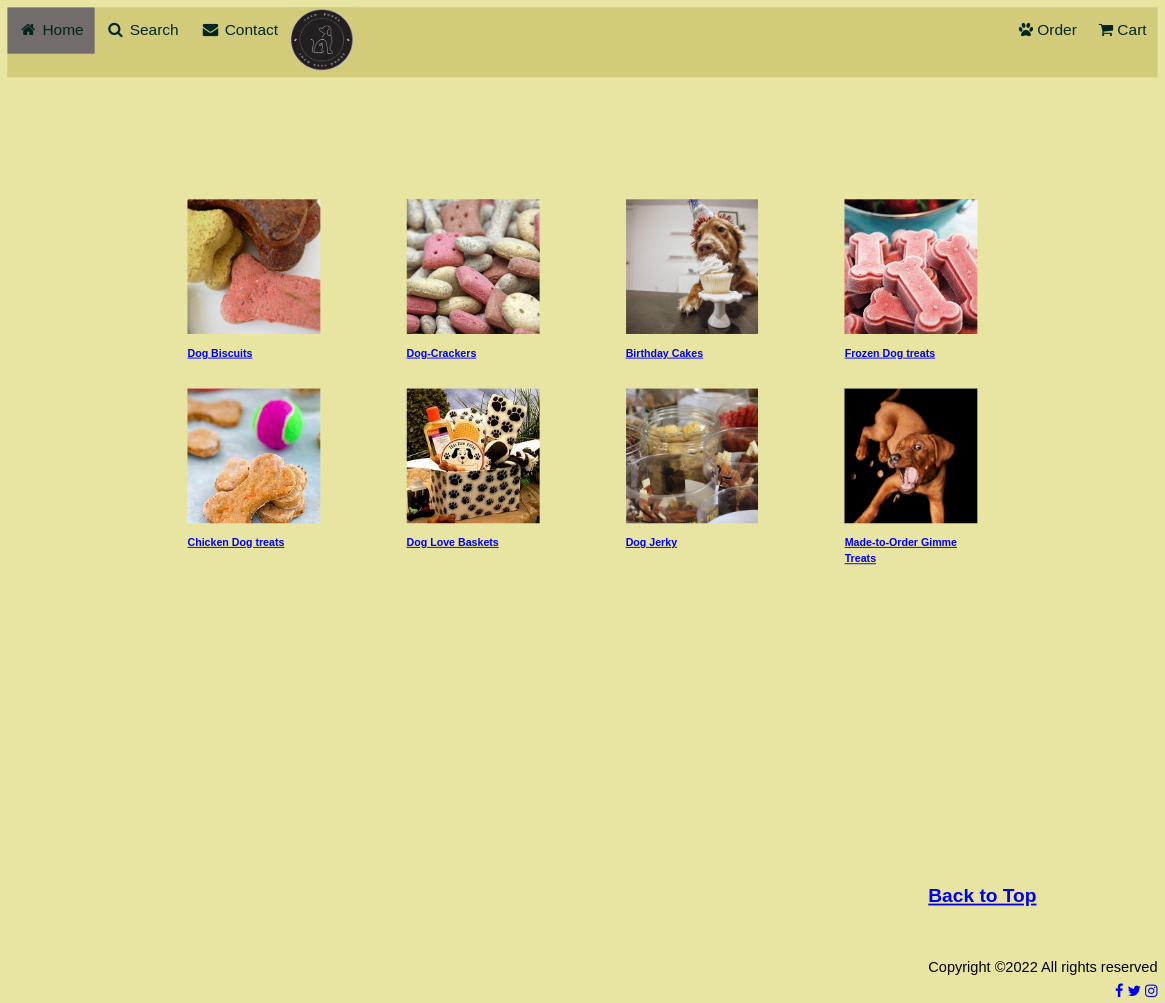
Repository: vgoins-RA2022/HTML-1
Page: index.html
These files come from the project's save history. The page is drawn as it stood at one moment and after a run of saves; the edit follows.
The browser window is 1280 px wide. The pictures show the whole page, at 91% of full size.

Above is the page before, as saved 2023-01-21 19:54:12.

After the next 2 saves:
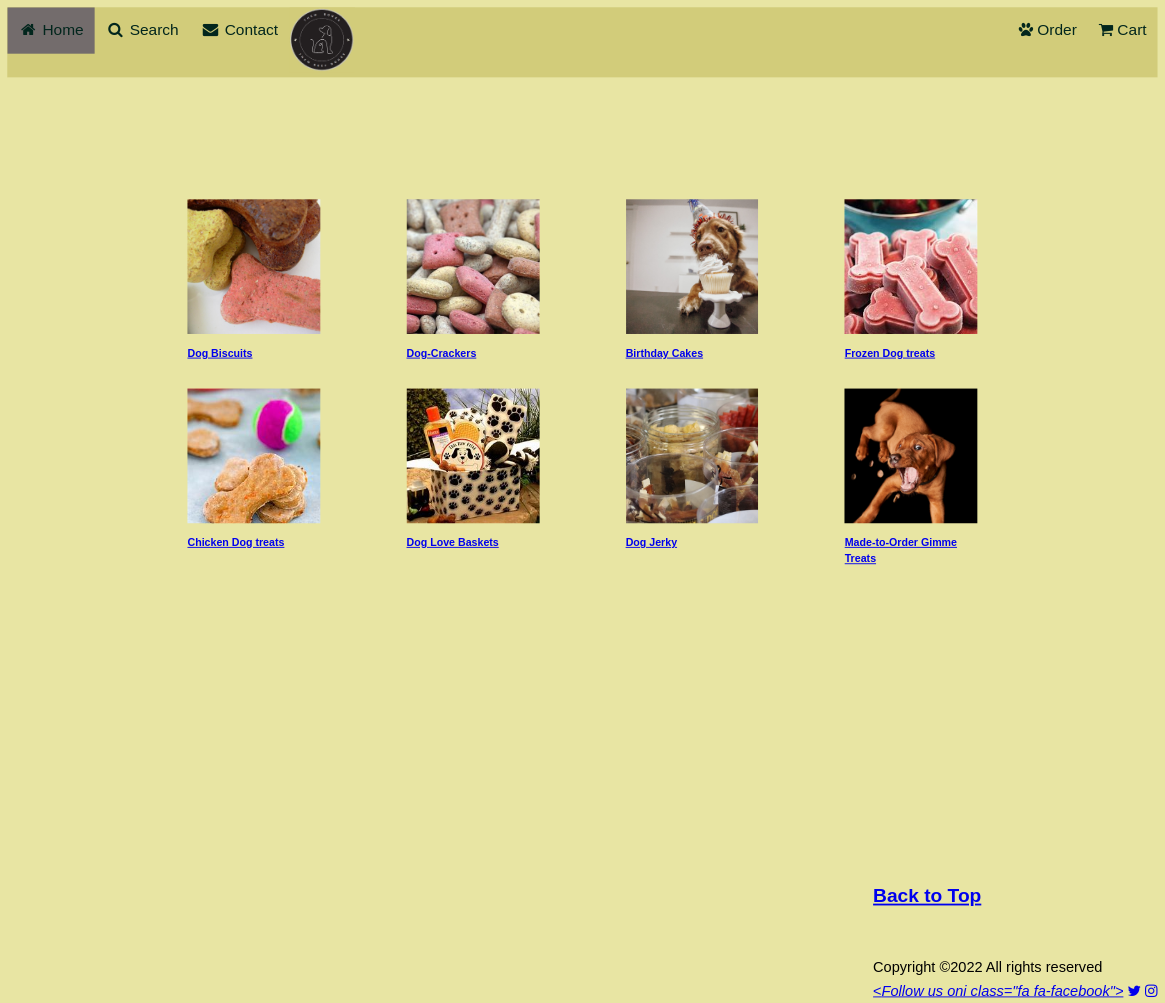
The 2 saves are shown as one change because they came seconds apart.
The last was saved 14 s later.
--- a/index.html
+++ b/index.html
@@ -95,7 +95,7 @@
       <div class="col-left">Copyright ©2022 All rights reserved</div>
       <div class="col-right">
 
-        <a href="#"><i class="fa fa-facebook"></i></a>
+        <a href="#"><<i>Follow us oni class="fa fa-facebook"></i></a>
         <a href="#"><i class="fa fa-twitter"></i></a>
         <a href="#"><i class="fa fa-instagram"></i></a>
       </div>
